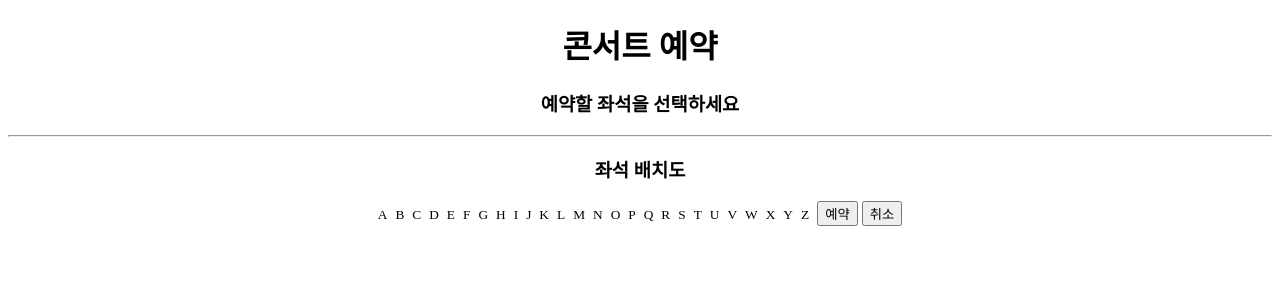
Repository: bbseok97/HTML
Page: http://localhost/jspbasic/application/reserve.jsp
An editor plug-in stored every save of this project. The page is shown before and after the next save, followed by the edit.
The browser window is 1280 px wide. The pictures show the whole page.
The page is served by Tomcat 9. Other server files are loaded and not shown.

Above is the page before, as saved 2024-04-09 03:04:04.

### jspbasic/src/main/webapp/application/reserve.jsp
<%@ page language="java" contentType="text/html; charset=UTF-8"
    pageEncoding="UTF-8"%>

<!DOCTYPE html>
<html>
	<head>
	<meta charset="UTF-8">
	<title>reserve.jsp</title>
	</head>
	<body>
		<div align=center>
		<h1>콘서트 예약</h1>
		<h3>예약할 좌석을 선택하세요</h3>
		<hr>
		<form action="reserv_ok.jsp" method="post">
		<h3>좌석 배치도</h3>
			<%for(char c='A'; c <= 'Z'; c++){ %>
			<small><%=c %></small>&nbsp;	<!-- nbsp : 띄어쓰기 -->
			<%} %>

		<input type="submit" value="예약">
		<input type="submit" value="취소">
		</form>
		</div>
	</body>
</html>

After the next save:
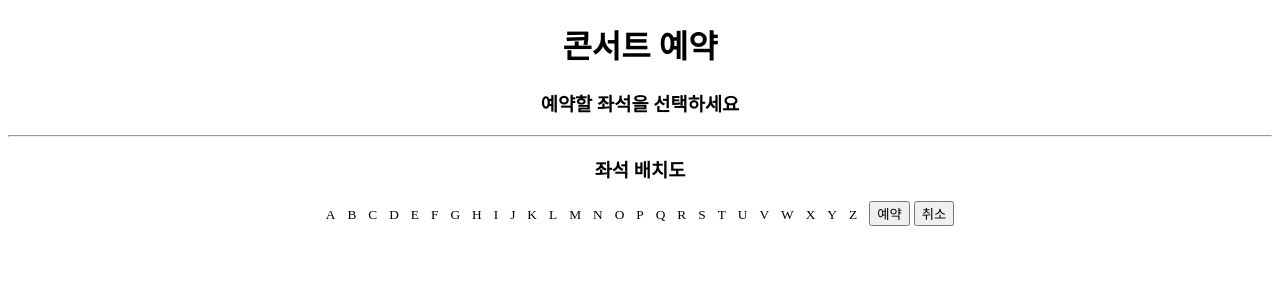
Saved 10 s later.
--- a/jspbasic/src/main/webapp/application/reserve.jsp
+++ b/jspbasic/src/main/webapp/application/reserve.jsp
@@ -15,7 +15,7 @@
 		<form action="reserv_ok.jsp" method="post">
 		<h3>좌석 배치도</h3>
 			<%for(char c='A'; c <= 'Z'; c++){ %>
-			<small><%=c %></small>&nbsp;	<!-- nbsp : 띄어쓰기 -->
+			<small><%=c %></small>&nbsp;&nbsp;	<!-- nbsp : 띄어쓰기 -->
 			<%} %>
 
 		<input type="submit" value="예약">
